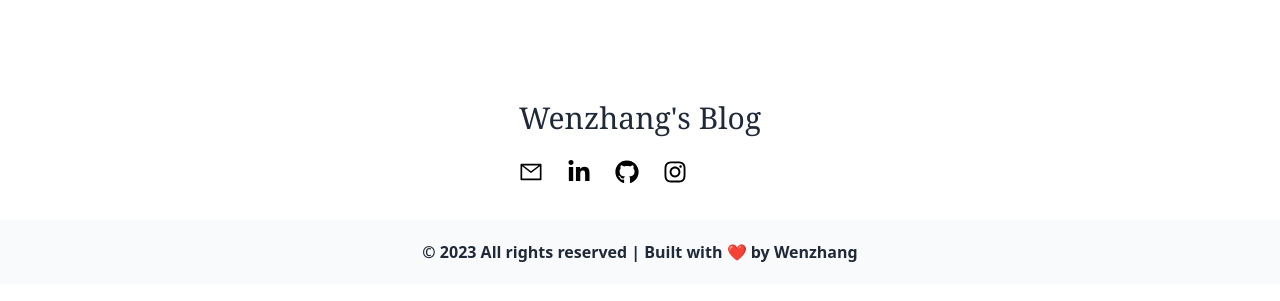
Repository: RealWenzhangGe/Wenzhang-s-Blog
Page: /components/Footer
An editor plug-in stored every save of this project. The page is shown before and after a run of saves, followed by the edit.
The browser window is 1280 px wide. The pictures show the whole page.
The project was rebuilt for these pictures with package versions that can differ from the ones it lists, and the page was loaded fresh each time. The framework's server and built-in components were replaced by stand-ins that run in the browser. Also part of the build but not shown: next.config.js.

Above is the page before, as saved 2023-02-28 17:39:20.

After the next 2 saves:
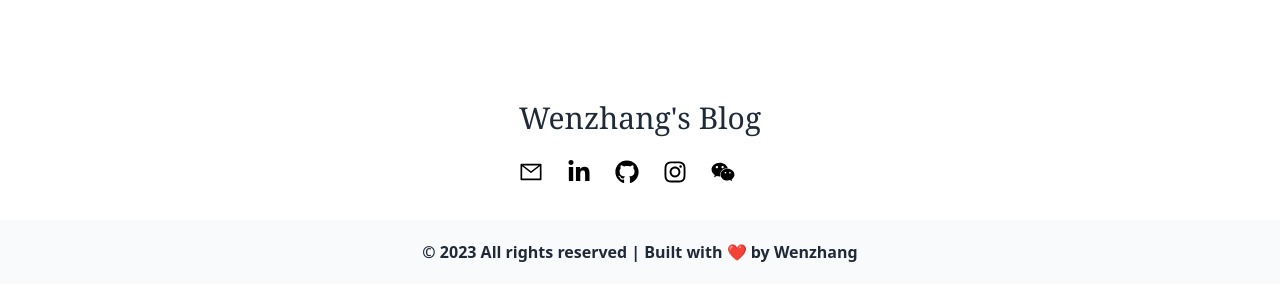
The 2 saves are shown as one change because 1 did not build or start.
The last was saved 109 s later.
--- a/pages/components/Footer.tsx
+++ b/pages/components/Footer.tsx
@@ -1,5 +1,5 @@
 import { AiOutlineMail } from "react-icons/ai";
-import { FaLinkedinIn, FaGithub, FaInstagram } from "react-icons/fa";
+import { FaLinkedinIn, FaGithub, FaInstagram, FaWeixin } from "react-icons/fa";
 
 function Footer() {
  return (
@@ -33,6 +33,10 @@ function Footer() {
                {" "}
                <FaInstagram className="text-2xl cursor-pointer hover:text-gray-600" />
              </a>
+             <a target="_blank">
+               {" "}
+               <FaWeixin className="text-2xl cursor-pointer hover:text-gray-600" />
+             </a>
            </div>
          </ul>
        </div>
